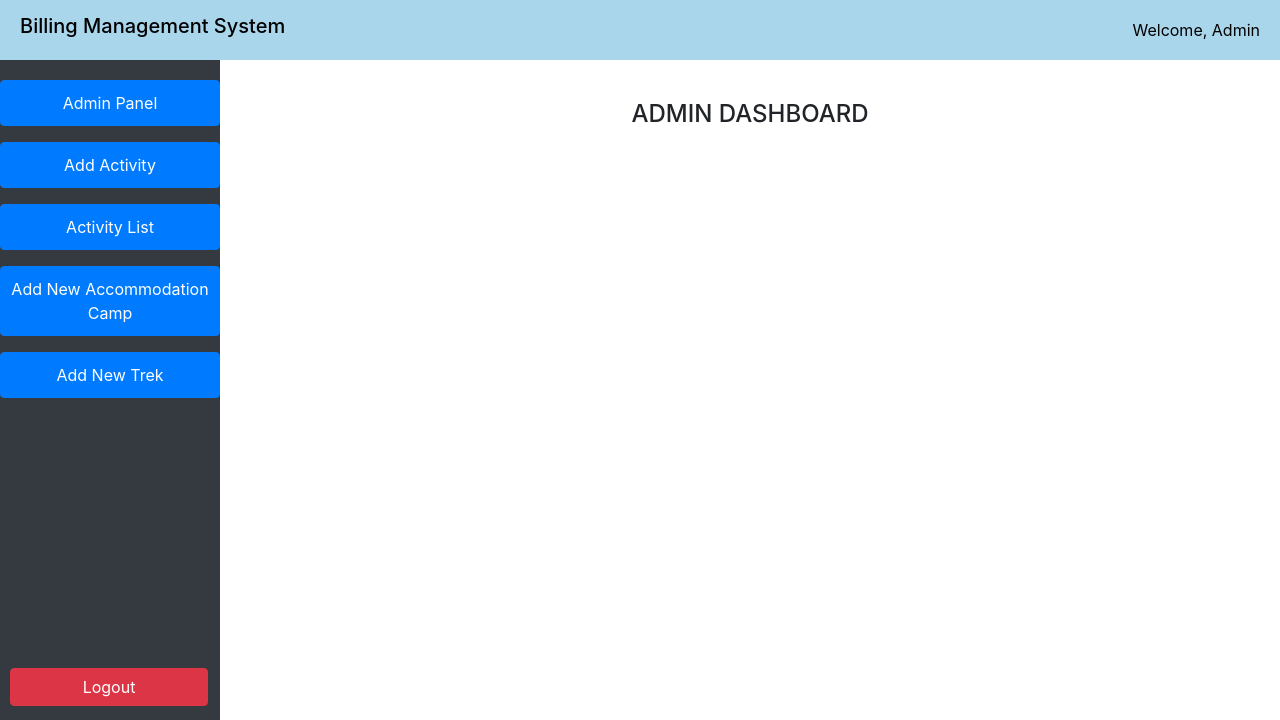
Repository: ruturajsurwase/Thymleaf-Projects
Page: http://localhost/admin_dashboard
These files come from the project's save history. The page is drawn as it stood at one moment and after the next save; the edit follows.
The browser window is 1280 px wide. The pictures show the whole page.
Some web libraries are served in a nearby version. The page is this project's Thymeleaf template; nobody is signed in. The template is opened directly, without the code that normally fills it, so the values that code supplies are empty.

Above is the page before, as saved 2024-12-12 09:25:35.

### WEEKENDFEELS/src/main/resources/templates/admin_dashboard.html
<!DOCTYPE html>
<html xmlns:th="http://www.thymeleaf.org">
<head>
<title>Management System</title>
<link
	href="https://maxcdn.bootstrapcdn.com/bootstrap/4.5.2/css/bootstrap.min.css"
	rel="stylesheet">
<style>
.container {
	margin-top: 30px;
}

.topbar {
	width: 100%;
	height: 60px;
	background-color: #aad6ec;
	color: black;
	position: fixed;
	top: 0;
	left: 0;
	z-index: 1000;
	display: flex;
	align-items: center;
	justify-content: space-between;
	padding: 0 20px;
}

.sidebar {
	height: 100vh;
	position: fixed;
	left: 0;
	top: 60px;
	background-color: #343a40;
	color: white;
	padding-top: 20px;
	width: 220px;
}

.sidebar a {
	color: white;
	display: block;
	padding: 10px;
	text-decoration: none;
	font-size: 16px;
}

.sidebar a:hover {
	background-color: #81b1ce;
}

.content {
	margin-left: 220px;
	margin-top: 80px;
	padding: 20px;
}

.table th, .table td {
	vertical-align: middle;
}

.logout-btn {
	position: absolute;
	bottom: 74px;
	width: 90%;
	left: 10px;
}

</style>
</head>
<body>

	<!-- Topbar -->
	<div class="topbar">
		<div class="logo">
			<h5> Billing Management System</h5>
		</div>
		<div class="user-info">
			<span>Welcome, Admin</span>
		</div>
	</div>

	<!-- Sidebar -->
<div class="sidebar">

        <a href="/" class="btn btn-primary btn-block mb-3">Admin Panel</a>

		<a href="/add" 	class="btn btn-primary btn-block mb-3">Add Activity</a>

		<a href="/listActivities" 	class="btn btn-primary btn-block mb-3">Activity List</a>

		<a href="/accommodations/add" class="btn btn-primary btn-block mb-3">Add New Accommodation Camp</a>


	    <a href="/trek/add" class="btn btn-primary btn-block mb-3">Add New Trek</a>


		<!-- Logout Button -->
    <form th:action="@{/logout}" method="post" class="logout-btn">
        <button type="submit" class="btn btn-danger btn-block">Logout</button>
    </form>


</div>

	<!-- Main Content -->
	<div class="content">
		<h4 class="text-center">ADMIN DASHBOARD</h4>
	</div>

<script src="https://code.jquery.com/jquery-3.5.1.slim.min.js"></script>
	<script
		src="https://cdn.jsdelivr.net/npm/@popperjs/core@2.5.4/dist/umd/popper.min.js"></script>
	<script
		src="https://stackpath.bootstrapcdn.com/bootstrap/4.5.2/js/bootstrap.min.js"></script>
</body>

</html>

After the next save:
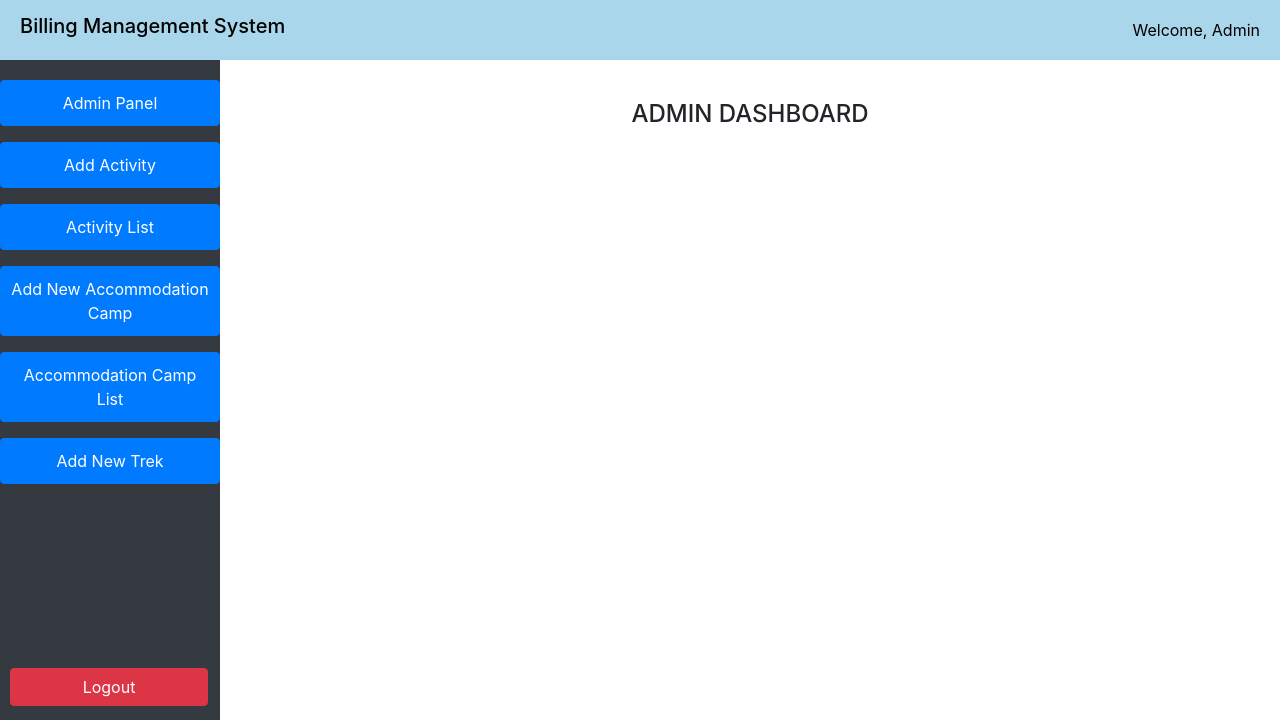
Saved 34 s later.
--- a/WEEKENDFEELS/src/main/resources/templates/admin_dashboard.html
+++ b/WEEKENDFEELS/src/main/resources/templates/admin_dashboard.html
@@ -90,6 +90,7 @@
 
 		<a href="/accommodations/add" class="btn btn-primary btn-block mb-3">Add New Accommodation Camp</a>
 
+	   <a href="/accommodations/add" class="btn btn-primary btn-block mb-3">Accommodation Camp List</a>
 
 	    <a href="/trek/add" class="btn btn-primary btn-block mb-3">Add New Trek</a>
 
